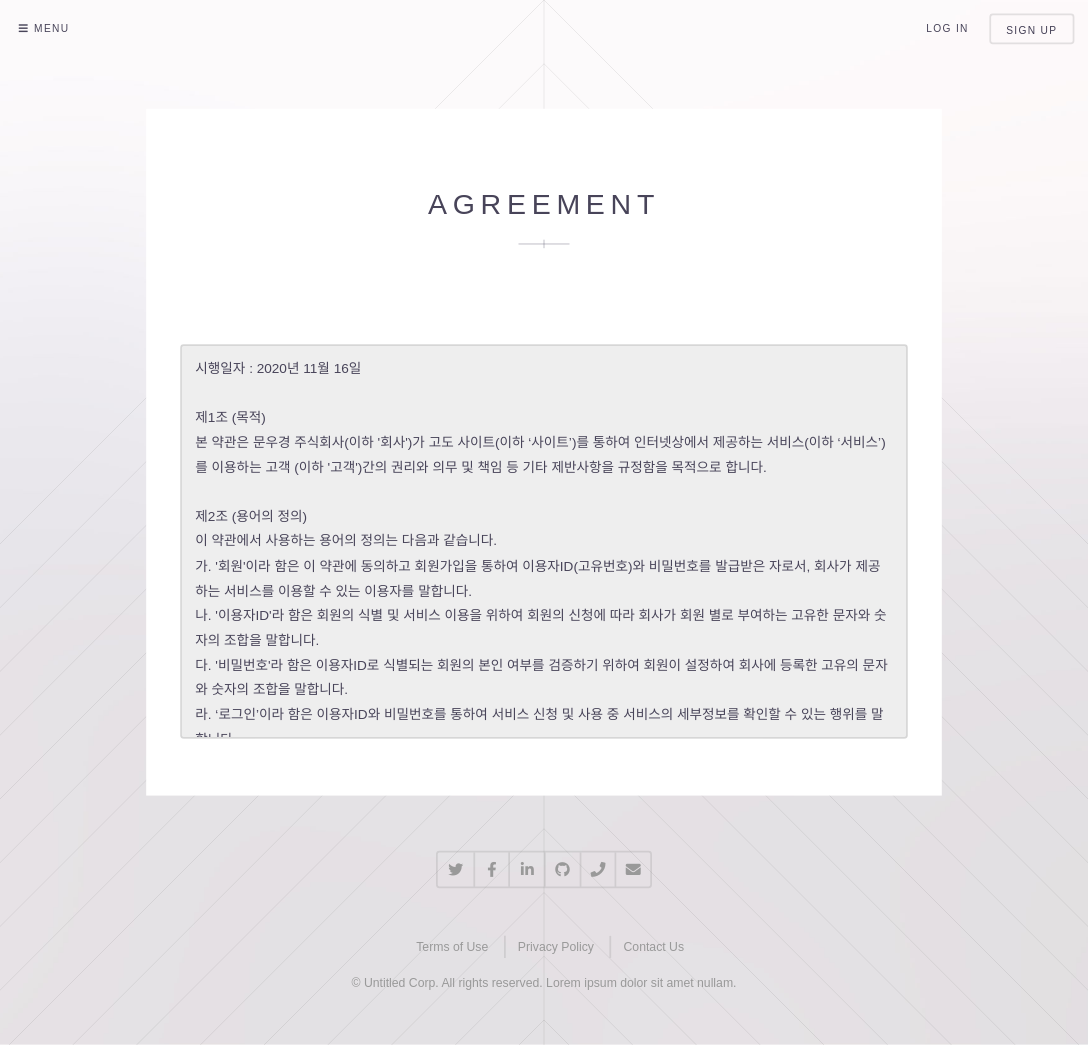
Repository: WKMoon/JavaScript-Project
Page: myFront/WebContent/agreement.html
The author's editor kept a copy of each file at every save. The page is drawn from the files as they stood at one save, then again after the next save.
The browser window is 1280 px wide. The pictures show the whole page, at 85% of full size.
An inner scrolling area shows only its first screen. Some web fonts or font styles are not loaded; a fallback is used.

Above is the page before, as saved 2021-03-01 04:58:55.

After the next save:
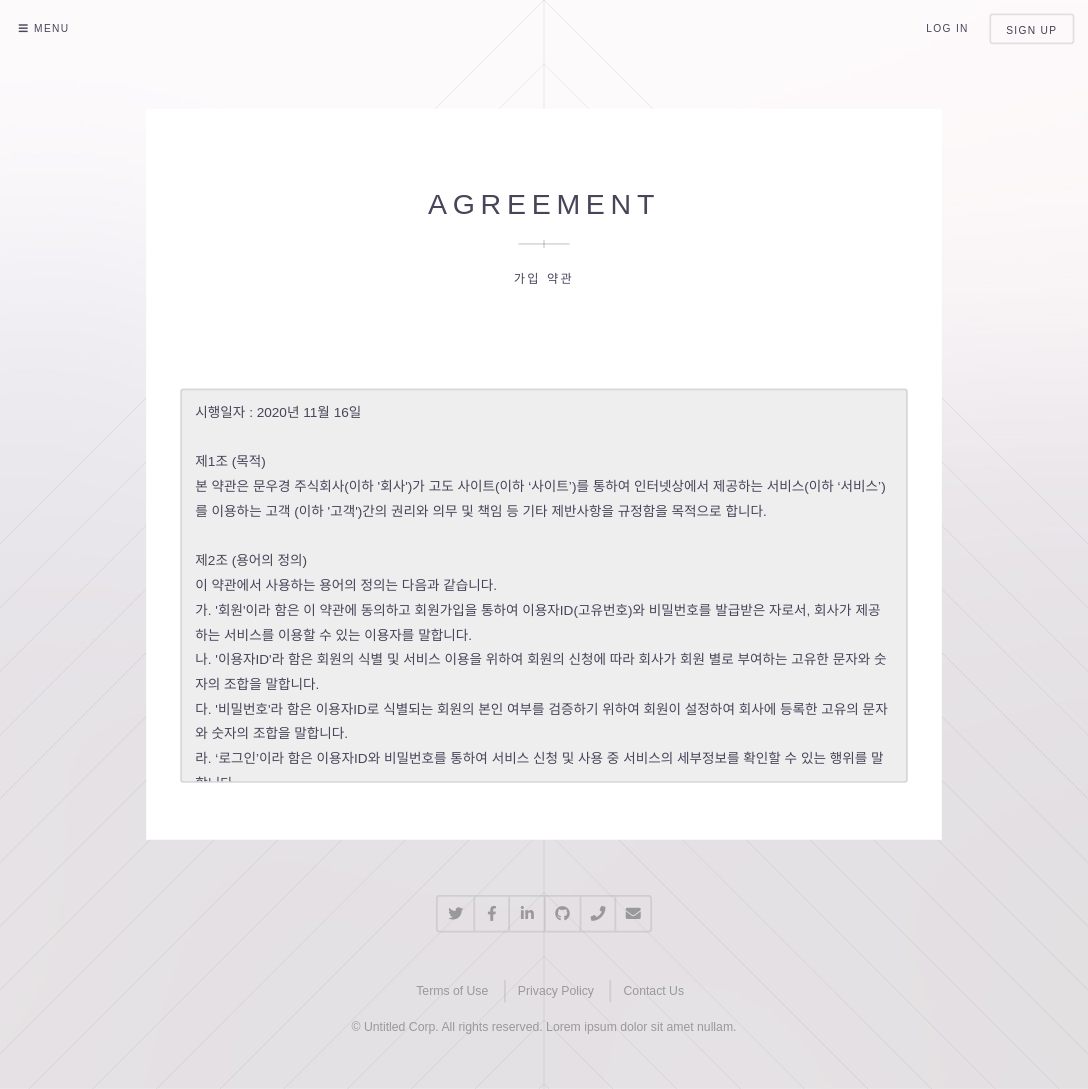
Saved 43 s later.
--- a/myFront/WebContent/agreement.html
+++ b/myFront/WebContent/agreement.html
@@ -36,6 +36,8 @@
 					<!-- Title -->
 						<header class="major special">
 							<h1>Agreement</h1>
+							<p>가입 약관</p>
+
 						</header>
 
 					<!-- Content -->
